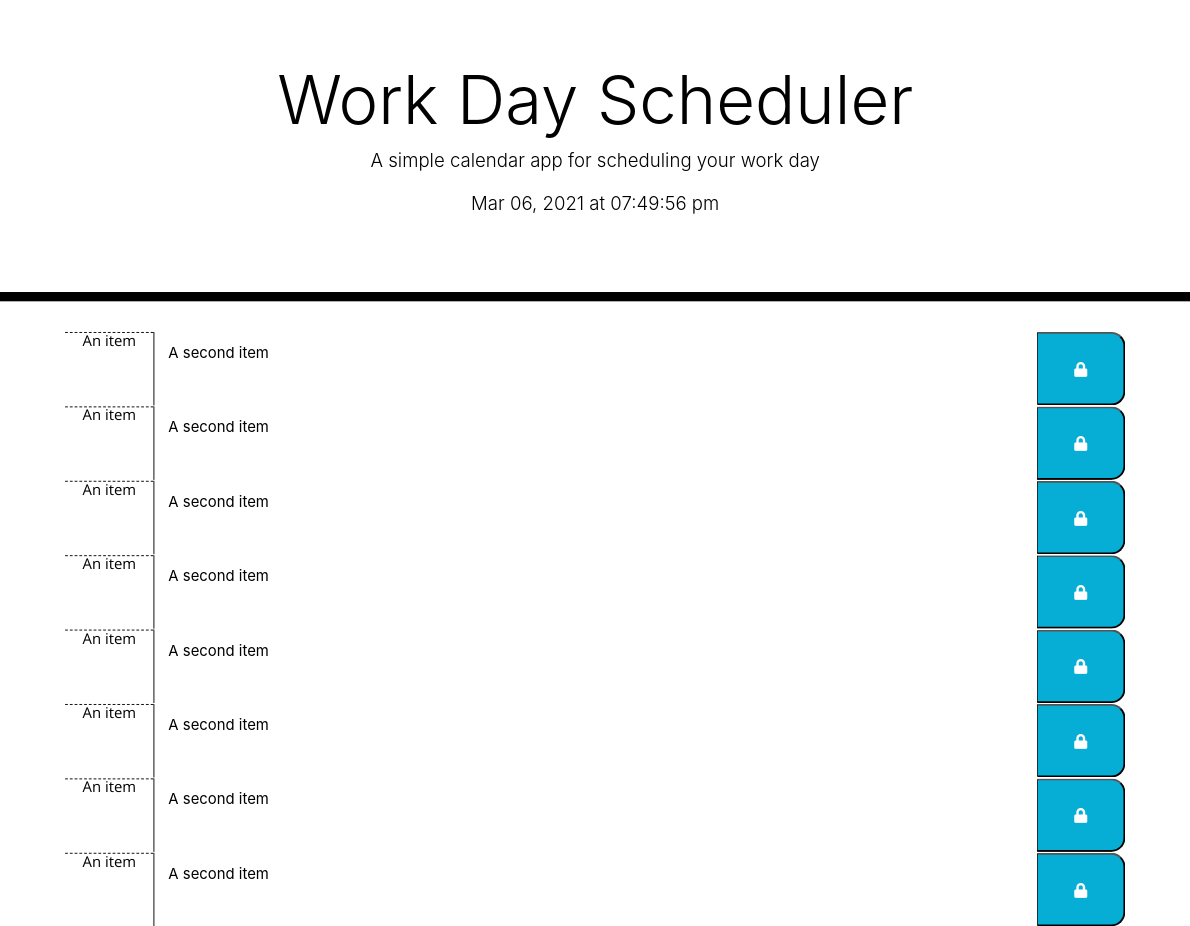
Repository: ziffoit/Work-Day_Scheduler
Page: Develop/index.html
These files come from the project's save history. The page is drawn as it stood at one moment and after the next save; the edit follows.
The browser window is 1280 px wide. The pictures show the whole page, at 93% of full size.
Some web libraries are served in a nearby version.

Above is the page before, as saved 2021-03-17 18:59:14.

### Develop/index.html
<!DOCTYPE html>
<html lang="en">
  <head>
    <meta charset="UTF-8" />
    <meta name="viewport" content="width=device-width, initial-scale=1.0" />
    <meta http-equiv="X-UA-Compatible" content="ie=edge" />
    <link
      rel="stylesheet"
      href="https://stackpath.bootstrapcdn.com/bootstrap/4.3.1/css/bootstrap.min.css"
    />
    <link
      rel="stylesheet"
      href="https://use.fontawesome.com/releases/v5.8.1/css/all.css"
      integrity="sha384-50oBUHEmvpQ+1lW4y57PTFmhCaXp0ML5d60M1M7uH2+nqUivzIebhndOJK28anvf"
      crossorigin="anonymous"
    />
    <link
      href="https://fonts.googleapis.com/css?family=Open+Sans&display=swap"
      rel="stylesheet"
    />
    <link rel="stylesheet" href="style.css" />
    <title>Work Day Scheduler</title>
  </head>

  <body>
    <header class="jumbotron">
      <h1 class="display-3">Work Day Scheduler</h1>
      <p class="lead">A simple calendar app for scheduling your work day</p>
      <p id="currentDay" class="lead"></p>
    </header>
    <div class="container">
      <div class="row time-block">
        <hourbody class="col-1 hour">An item</hourbody>
        <textarea class="col-10 description">A second item</textarea>
        <button class="col-1 saveBtn"><i class="fas fa-lock"></i></button>
      </div>
      <div class="row time-block">
        <hourbody class="col-1 hour">An item</hourbody>
        <textarea class="col-10 description">A second item</textarea>
        <button class="col-1 saveBtn"><i class="fas fa-lock"></i></button>
      </div>
      <div class="row time-block">
        <hourbody class="col-1 hour">An item</hourbody>
        <textarea class="col-10 description">A second item</textarea>
        <button class="col-1 saveBtn"><i class="fas fa-lock"></i></button>
      </div>
      <div class="row time-block">
        <hourbody class="col-1 hour">An item</hourbody>
        <textarea class="col-10 description">A second item</textarea>
        <button class="col-1 saveBtn"><i class="fas fa-lock"></i></button>
      </div>
      <div class="row time-block">
        <hourbody class="col-1 hour">An item</hourbody>
        <textarea class="col-10 description">A second item</textarea>
        <button class="col-1 saveBtn"><i class="fas fa-lock"></i></button>
      </div>
      <div class="row time-block">
        <hourbody class="col-1 hour">An item</hourbody>
        <textarea class="col-10 description">A second item</textarea>
        <button class="col-1 saveBtn"><i class="fas fa-lock"></i></button>
      </div>
      <div class="row time-block">
        <hourbody class="col-1 hour">An item</hourbody>
        <textarea class="col-10 description">A second item</textarea>
        <button class="col-1 saveBtn"><i class="fas fa-lock"></i></button>
      </div>
      <div class="row time-block">
        <hourbody class="col-1 hour">An item</hourbody>
        <textarea class="col-10 description">A second item</textarea>
        <button class="col-1 saveBtn"><i class="fas fa-lock"></i></button>
      </div>

      <!-- Timeblocks go here -->
    </div>

    <script src="https://cdnjs.cloudflare.com/ajax/libs/jquery/3.2.1/jquery.min.js"></script>
    <script src="https://cdnjs.cloudflare.com/ajax/libs/moment.js/2.24.0/moment.min.js"></script>
    <script src="script.js"></script>
  </body>
</html>

### Develop/style.css
hourbody {
  font-family: "Open Sans", sans-serif;
  font-size: 16px;
  line-height: 1;
}

textarea {
  background: transparent;
  border: none;
  resize: none;
  color: #000000;
  border-left: 1px solid black;
  padding: 10px;
}

.jumbotron {
  text-align: center;
  background-color: transparent;
  color: black;
  border-radius: 0;
  border-bottom: 10px solid black;
}

.description {
  white-space: pre-wrap;
}

.time-block {
  text-align: center;
  border-radius: 15px;
}

.row {
  white-space: pre-wrap;
  height: 80px;
  border-top: 1px solid white;
}

.hour {
  background-color: #ffffff;
  color: #000000;
  border-top: 1px dashed #000000;
}

.past {
  background-color: #d3d3d3;
  color: white;
}

.present {
  background-color: #ff6961;
  color: white;
}

.future {
  background-color: #77dd77;
  color: white;
}

.saveBtn {
  border-left: 1px solid black;
  border-top-right-radius: 15px;
  border-bottom-right-radius: 15px;
  background-color: #06aed5;
  color: white;
}

.saveBtn i:hover {
  font-size: 20px;
  transition: all 0.3s ease-in-out;
}

### Develop/script.js
var currentDay = $('#currentDay')

function dateAndTime() {
    var rightNow = moment().format('MMM DD, YYYY [at] hh:mm:ss a');
    currentDay.text(rightNow);
  }

  setInterval(dateAndTime, 1000)

After the next save:
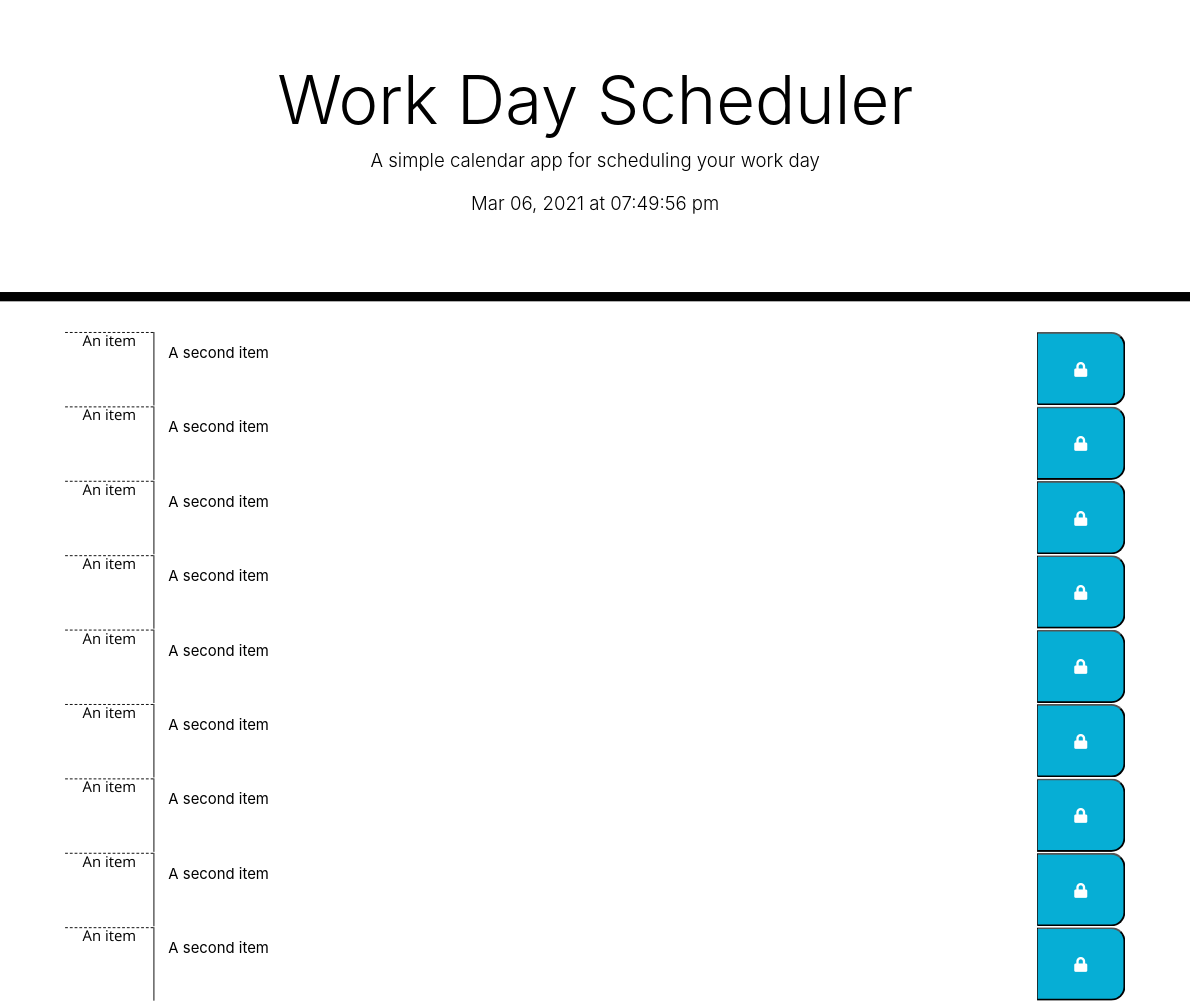
Saved 53 s later.
--- a/Develop/index.html
+++ b/Develop/index.html
@@ -69,6 +69,11 @@
         <textarea class="col-10 description">A second item</textarea>
         <button class="col-1 saveBtn"><i class="fas fa-lock"></i></button>
       </div>
+      <div class="row time-block">
+        <hourbody class="col-1 hour">An item</hourbody>
+        <textarea class="col-10 description">A second item</textarea>
+        <button class="col-1 saveBtn"><i class="fas fa-lock"></i></button>
+      </div>
 
       <!-- Timeblocks go here -->
     </div>
